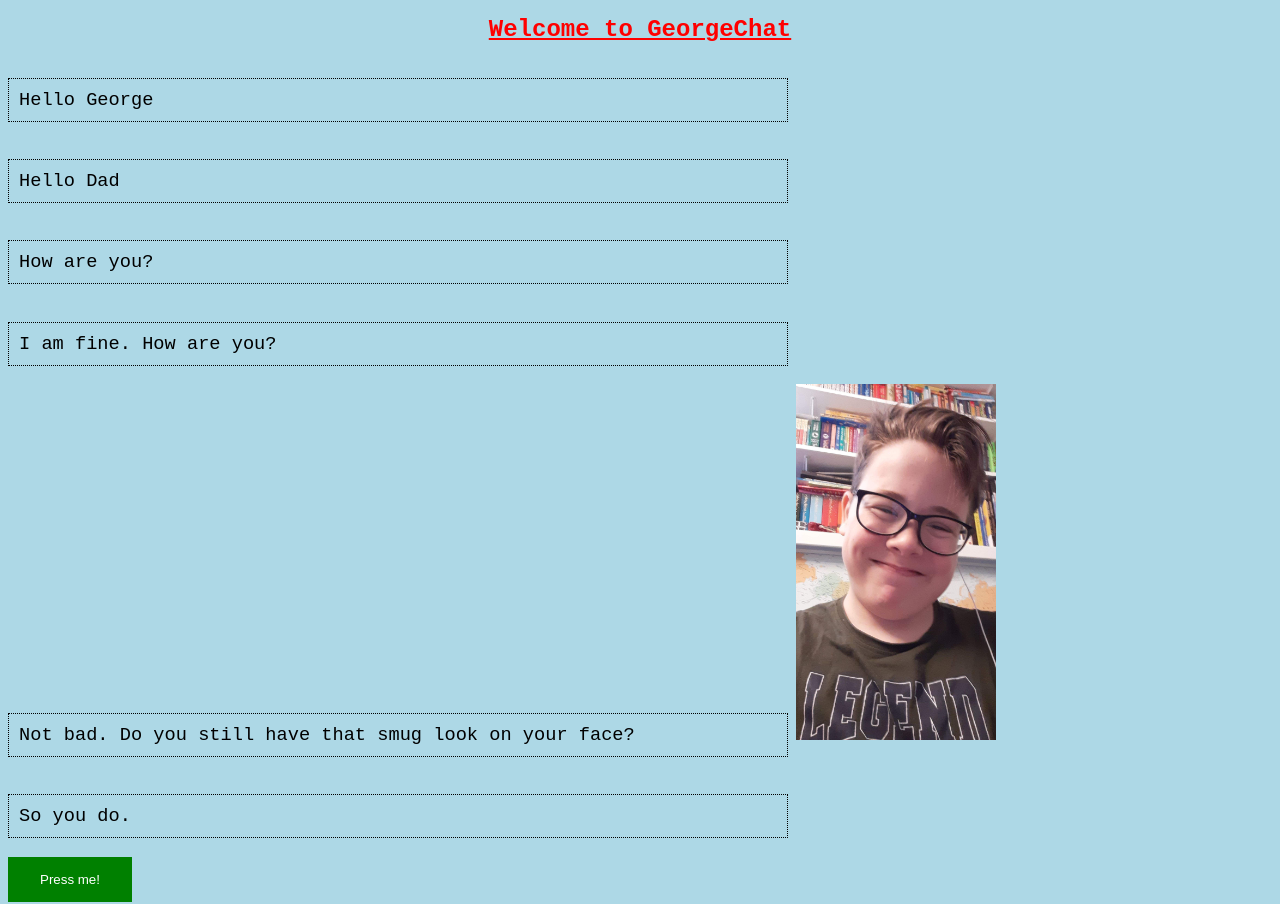
Repository: georgefyles/playground
Page: playground/src/resources/html/test.html
The author's editor kept a record of every edit. The page is drawn from the files as they stood at one moment, then again after the next edit.
The browser window is 1280 px wide. The pictures show the whole page.

Above is the page before.

### playground/src/resources/html/test.html
<!DOCTYPE html>
<html>

  <head>
	<title>Page Title</title>
	<link rel="stylesheet" href="test.css" type="text/css" />
  </head>

  <body>

    <h1 id="chat-title">Welcome to GeorgeChat</h1>

    <div id="chat-messages">

      <p class="you-talking">Hello George</p>

      <p class="me-talking">Hello Dad</p>

      <p class="you-talking">How are you?</p>

  	  <p class="me-talking">I am fine. How are you?</p>

      <p class="you-talking">Not bad. Do you still have that smug look on your face?</p>

      <img src="../images/george.jpeg" class="me-talking chat-image" />

      <p class="you-talking">So you do.</p>

    </div>

    <div id="chat-controls">
      <button>Press me!</button>
    </div>

  </body>
</html>

### playground/src/resources/html/test.css
body {
    background-color: lightblue;
    font-family: monospace;
}

#chat-title {
    font-size: 18pt;
    text-align: center;
    color: red;
    text-decoration: underline;
}

button {
    background-color: green;
    border: none;
    color: white;
    padding: 15px 32px;
    text-align: center;
    text-decoration: none;
    display: inline-block;
}

p {
    font-size: 14pt;
    border: 1px dotted black;
    padding: 10px;
    display: inline-block;
    width: 60%;
}

p.you-spoke {
    color: limegreen;
    float: left;
    clear: right;
}

p.i-spoke {
    color: blue;
    float: right;
    clear: left;
}

img.chat-image {
    width: 200px;
}

After the next edit:
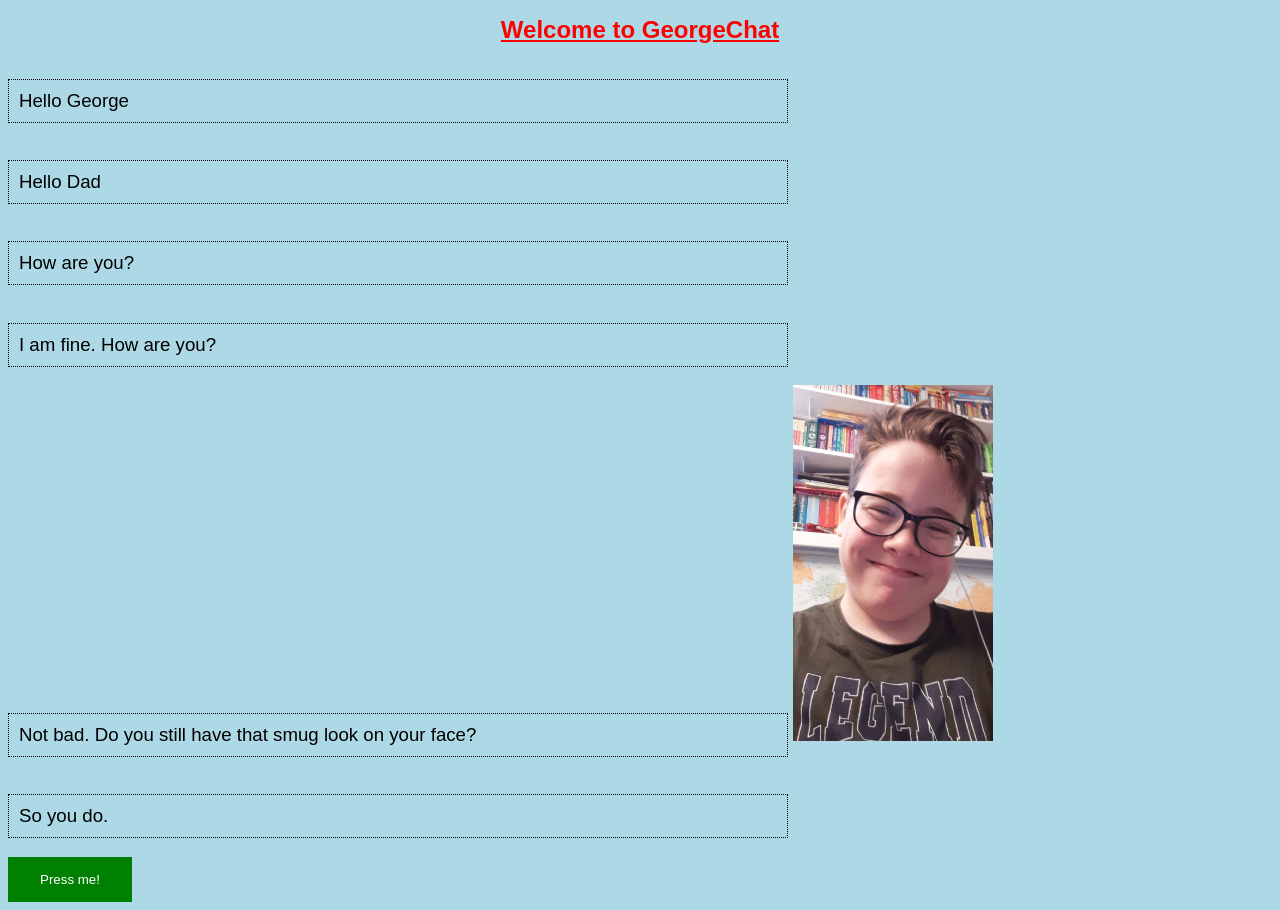
The edit:
--- a/playground/src/resources/html/test.css
+++ b/playground/src/resources/html/test.css
@@ -1,6 +1,6 @@
 body {
     background-color: lightblue;
-    font-family: monospace;
+    font-family: Arial, Helvetica, sans-serif;
 }
 
 #chat-title {
